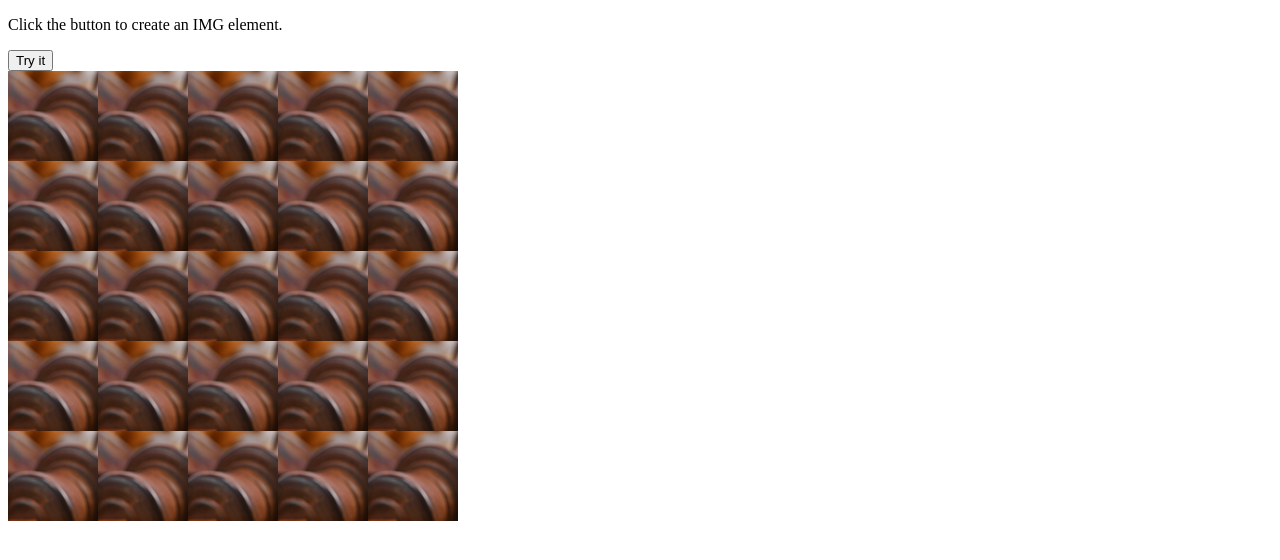
Repository: rashmikagamage/puzzle-vanila-js
Page: index.html
The author's editor kept a copy of each file at every save. The page is drawn from the files as they stood at one save, then again after the next save.
The browser window is 1280 px wide. The pictures show the whole page.

Above is the page before, as saved 2020-08-05 22:41:57.

After the next save:
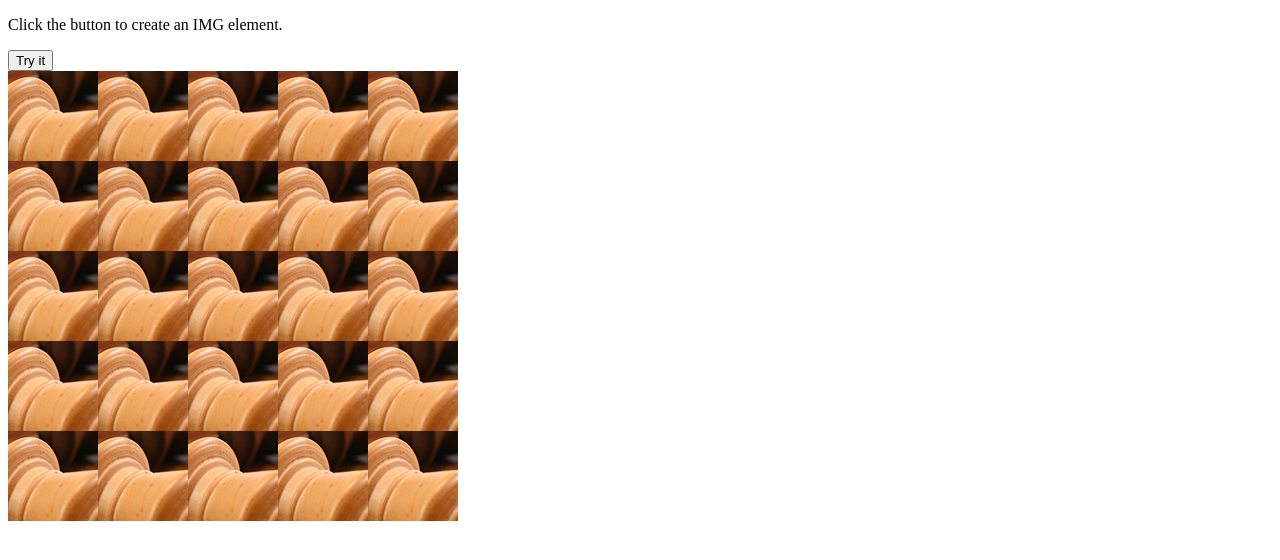
Saved 15 s later.
--- a/function.js
+++ b/function.js
@@ -7,7 +7,7 @@
     let col = num;
     let idCount = 0
     let xPosition = 0;
-    let yPosition = 25;
+    let yPosition = 50;
     console.log(cellSize)
 
     for (let i = 0; i < num; i++) {
